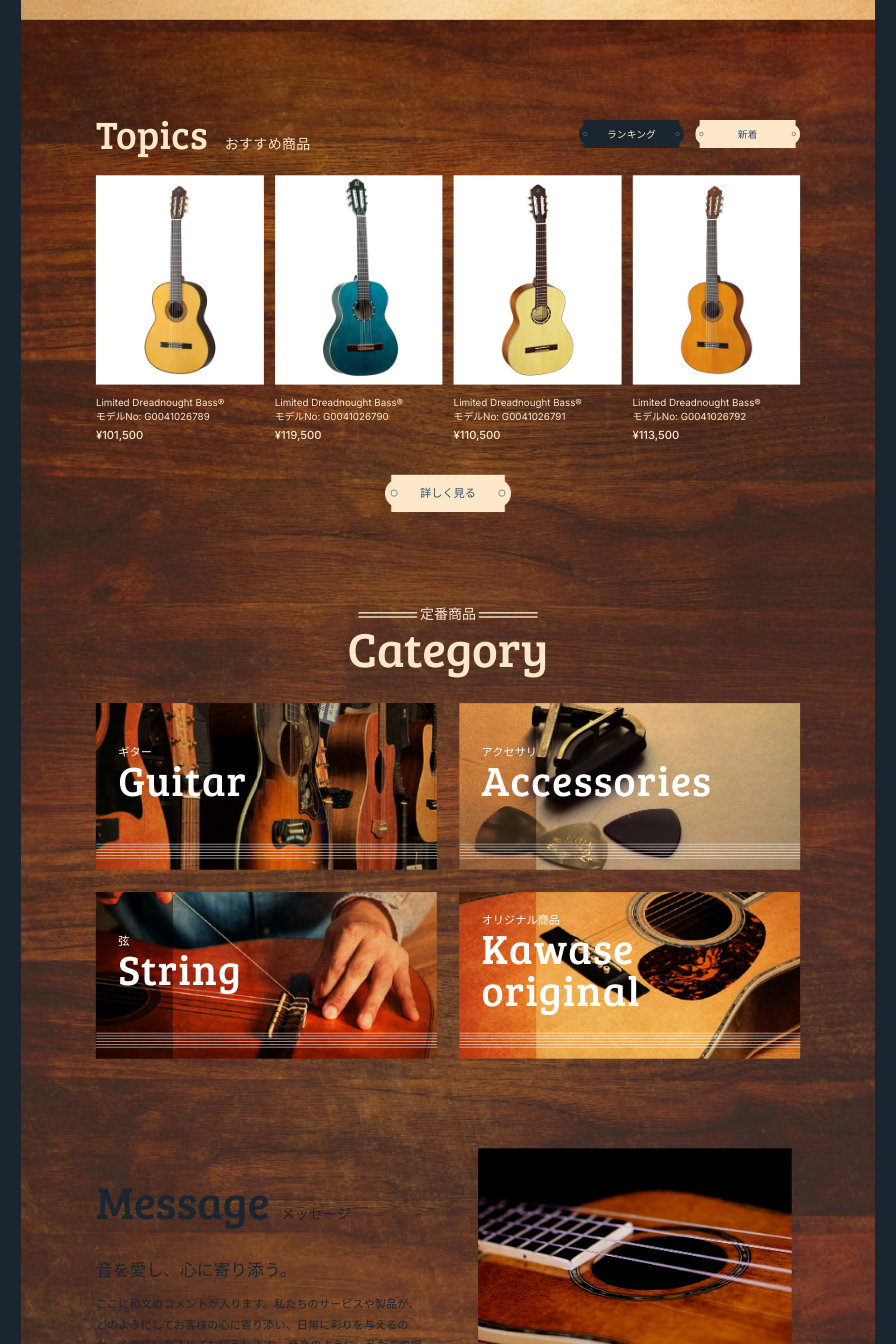
Repository: hyms035k/-----
Page: index.html
The author's editor kept a copy of each file at every save. The page is drawn from the files as they stood at one save, then again after the next save.
The browser window is 1280 px wide. The pictures show the part of the page from y = 1309 to 3229 px (the page is 3438 px tall before and 3442 px after), at 70% of full size.
Some web fonts or font styles are not loaded; a fallback is used. Some web libraries are served in a nearby version. The style sheet was rebuilt from its Sass, Less or Tailwind sources for each picture, by a compiler version that may differ from the author's.

Above is the page before, as saved 2025-06-05 16:43:01.

### index.html
<!DOCTYPE html>
<html lang="ja">
<head>
    <meta charset="UTF-8">
    <meta name="viewport" content="width=device-width, initial-scale=1.0">
    <title>カワセ楽器（デモ）</title>

    <!-- Tailwind CSS CDN (開発版 - JITコンパイラ含む) -->
    <script src="https://cdn.tailwindcss.com"></script>
    <script>
        // Tailwind CSS の設定 (任意)
        // ここでテーマのカスタマイズなどが可能ですが、まずはデフォルトで進めます。
        // 例: tailwind.config = { theme: { extend: { colors: { 'custom-blue': '#243c5a' } } } }
    </script>
    <style type="text/tailwindcss">
        @layer components {
            .block-box {
                @apply py-10 md:py-20 xl:py-32;
            }
        }
        @layer utilities {
            .outside-double-border {
                @apply flex items-center mx-auto md:w-64;
            }
            .outside-double-border:before,
            .outside-double-border:after {
                @apply block flex-grow border-t lg:border-t-2 border-[#ffe8c9] border-b lg:border-b-2 border-[#ffe8c9] h-[5px] lg:h-[8px];
                content: "";
            }
            .outside-double-border:before {
                @apply mr-1;
            }
            .outside-double-border:after {
                @apply ml-1;
            }
            .category-banner {
                @apply relative block h-[35vw] md:h-[238px];
            }
            .category-banner > img {
                @apply absolute inset-0 w-full h-full object-cover z-0;
            }
            .category-banner > .overlay-filter {
                @apply absolute block top-0 left-0 h-full z-10;
                width: 22.6765799%;
                background-color: #444140;
                mix-blend-mode: overlay;
            }
            .category-banner > .banner-label {
                @apply absolute inset-0 z-20 flex items-center pl-6 md:pl-8 pb-10 text-white;
            }
            .category-banner > .banner-label > span {
                @apply block;
            }
            .category-banner > .banner-label > span > :not(.font-serif) {
                @apply block font-medium leading-tight;
            }
            .category-banner > .banner-label > span > .font-serif {
                @apply block text-3xl lg:text-[60px] leading-none tracking-wide;
            }
            .category-banner > .banner-line-6 {
                @apply absolute block bottom-4 left-1/2 w-full -translate-x-1/2 flex flex-col gap-[3px] z-20;
                opacity: 0.75;
            }
            .category-banner > .banner-line-6 > span {
                @apply block h-[1px] bg-white;
            }
            @screen md {
                .leading-relaxed {
                    line-height: 1.84;
                }
            }
        }
        @screen md {
            .container {
                @apply max-w-[650px]; /* 768px以上でコンテナのmax-widthは650px */
            }
        }
        @screen lg {
            .container {
                @apply max-w-[870px]; /* 992px以上でコンテナのmax-widthは870px */
            }
        }
        @screen xl {
            .container {
                @apply max-w-[1070px]; /* 1200px以上でコンテナのmax-widthは1070px */
            }
        }
        @screen 2xl {
            .container {
                @apply max-w-[1170px]; /* 1367px以上でコンテナのmax-widthは1170px */
            }
        }
    </style>
    <script>
        // InterフォントをTailwind CSSのデフォルトフォントとして設定
        tailwind.config = {
            theme: {
                // カスタムブレークポイントの定義
                screens: {
                    'sm': '640px',   // Tailwind CSSのデフォルト 'sm'
                    'md': '768px',   // ユーザー指定のBP
                    'lg': '992px',   // ユーザー指定のBP
                    'xl': '1200px',  // ユーザー指定のBP
                    '2xl': '1367px', // ユーザー指定のBP
                },
                // .container クラスのカスタマイズ
                container: {
                    center: true, // コンテナを中央揃えにする
                    padding: {
                        DEFAULT: '1.75rem',
                        md: '1.5rem',
                        lg: '2rem',
                    },
                    screens: {
                        sm: '640px',
                        md: '650px',
                        lg: '870px',
                        xl: '1070px',
                        '2xl': '1170px',
                    },
                },
                extend: {
                    fontFamily: {
                        // デフォルトのサンセリフフォントを Kiwi Maru に設定
                        sans: ['Kiwi Maru', 'Inter', 'sans-serif'],
                        // 見出し等で使用するセリフフォントとして Bree Serif を設定
                        serif: ['Bree Serif', 'serif'],
                    },
                }
            }
        }
    </script>

    <!-- GoogleFonts -->
    <link rel="preconnect" href="https://fonts.googleapis.com">
    <link rel="preconnect" href="https://fonts.gstatic.com" crossorigin>
    <link href="https://fonts.googleapis.com/css2?family=Kiwi+Maru:wght@400;500;600&display=swap" rel="stylesheet">
    <link href="https://fonts.googleapis.com/css2?family=Bree+Serif&display=swap" rel="stylesheet">

    <!-- Interフォントの読み込み (Tailwind CSSのデフォルトフォントファミリーと相性が良い) -->
    <link href="https://fonts.googleapis.com/css2?family=Inter:wght@400;500;600;700&display=swap" rel="stylesheet">

    <link href="./css/style.min.css" rel="stylesheet">
</head>
<body class="font-sans antialiased text-[#1a2530] bg-[#1a2530]">

    <!-- ヒーローセクション -->
    <section id="hero-section" class="h-screen flex flex-col items-center justify-center bg-cover bg-center text-white" aria-labelledby="hero-heading">
        <div class="container h-full flex flex-col items-center justify-center">
            <!-- ロゴのプレースホルダー -->
            <h1 class="hero-logo w-[80%] md:w-[46.1538461%] mx-auto"><img src="./img/top__hero_logo-min.png" alt=""></h1>
            <h2 id="hero-heading" class="text-2xl xl:text-[33px] text-center text-[#ffe1be] leading-[1.4] mt-6">
                あらゆる場面に対処できる<br>長年の経験と技術
            </h2>
        </div>
    </section>

    <main class="px-2 md:px-[30px]">
        <section id="block-1st" class="bg-cover bg-center">
            <div class="container block-box">
                <div class="lg:grid lg:grid-cols-2 lg:gap-[60px] items-center">
                    <div class="flex flex-col">
                        <div class="md:flex md:items-baseline md:gap-x-4 text-center md:text-left">
                            <p class="font-serif text-4xl lg:text-[65px] leading-tight">Message</p>
                            <h2 class="font-sans lg:text-[20px] mt-1">メッセージ</h2>
                        </div>
                        <div class="lg:hidden my-5">
                            <img src="./img/top__block1st_image.jpg" alt="メッセージのイメージ (スマホ)" class="w-full h-auto object-cover">
                        </div>
                        <div class="lg:mt-10">
                            <h3 class="font-sans text-[1.3rem] lg:text-[24px] font-medium">音を愛し、心に寄り添う。</h3>
                            <p class="font-sans text-base mt-4 leading-relaxed">
                                ここに和文のコメントが入ります。私たちのサービスや製品が、どのようにしてお客様の心に寄り添い、日常に彩りを与えるのか、その思いを込めてお伝えします。
                                音楽のように、私たちの提供する価値が皆様の生活に調和をもたらすことを願っています。
                            </p>
                        </div>
                    </div>
                    <div class="hidden lg:flex items-center justify-center">
                        <img src="./img/top__block1st_image.jpg" alt="メッセージのイメージ (PC)" class="w-full max-w-md h-auto object-cover">
                    </div>
                </div>
            </div>
        </section>

        <section id="block-2nd" class="bg-cover bg-top">
            <div class="container block-box pt-0">
                <!-- おすすめ商品 / Topics -->
                <div id="topics" class="block-box pb-0 text-[#ffe8c9]">
                    <div class="max-w-6xl mx-auto">
                        <div class="md:flex md:items-center md:justify-between">
                            <div class="tracking-wide md:flex md:items-baseline md:gap-x-4 text-center md:text-left">
                                <p class="text-4xl lg:text-[56px] font-serif leading-tight">Topics</p>
                                <h2 class="lg:text-[20px] ml-2 mt-1 md:mt-0 font-sans">おすすめ商品</h2>
                            </div>
                            <div class="quick-tab flex justify-center md:justify-end gap-2 lg:gap-4 text-sm mt-4 md:mt-0">
                                <div class="btn text-center active"><span><span>ランキング</span></span></div>
                                <div class="btn text-center"><span><span>新着</span></span></div>
                            </div>
                        </div>
                        <!-- 商品カードリスト -->
                        <div class="grid grid-cols-2 md:grid-cols-4 gap-6 md:gap-4 mt-6 mb-11">
                            <!-- 商品カード（繰り返し） -->
                            <a href="" class="text-left block">
                                <img src="./img/top__block2nd_topics_guiter_1.jpg" alt="Limited Dreadnought Bass" class="mx-auto mb-4">
                                <span class="block text-xs sm:text-sm">
                                    Limited Dreadnought Bass®<br>
                                    モデルNo: G0041026789
                                </span>
                                <span class="block mt-1 font-medium">¥101,500</span>
                            </a>
                            <!-- 以下、繰り返し -->
                            <a href="" class="text-left block">
                                <img src="./img/top__block2nd_topics_guiter_2.jpg" alt="Limited Dreadnought Bass" class="mx-auto mb-4">
                                <span class="block text-xs sm:text-sm">
                                    Limited Dreadnought Bass®<br>
                                    モデルNo: G0041026790
                                </span>
                                <span class="block mt-1 font-medium">¥119,500</span>
                            </a>
                            <a href="" class="text-left block">
                                <img src="./img/top__block2nd_topics_guiter_3.jpg" alt="Limited Dreadnought Bass" class="mx-auto mb-4">
                                <span class="block text-xs sm:text-sm">
                                    Limited Dreadnought Bass®<br>
                                    モデルNo: G0041026791
                                </span>
                                <span class="block mt-1 font-medium">¥110,500</span>
                            </a>
                            <a href="" class="text-left block">
                                <img src="./img/top__block2nd_topics_guiter_4.jpg" alt="Limited Dreadnought Bass" class="mx-auto mb-4">
                                <span class="block text-xs sm:text-sm">
                                    Limited Dreadnought Bass®<br>
                                    モデルNo: G0041026792
                                </span>
                                <span class="block mt-1 font-medium">¥113,500</span>
                            </a>
                        </div>
                        <div class="text-center">
                            <a href="#" class="inline-block btn text-center"><span><span>詳しく見る</span></span></a>
                        </div>
                    </div>
                </div>

                <!-- 定番商品 / Category セクション -->
                <div id="category" class="block-box pb-0 text-[#ffe8c9]">
                    <div class="text-center mb-8 md:mb-11">
                        <h2 class="outside-double-border lg:text-[20px] font-medium leading-tight">定番商品</h2>
                        <p class="font-serif text-4xl lg:text-[70px] leading-none">Category</p>
                    </div>

                    <!-- バナー 2x2 -->
                    <div class="grid grid-cols-1 sm:grid-cols-2 gap-4 md:gap-8">
                        <!-- バナー1 -->
                        <a href="" class="category-banner">
                            <img src="./img/top__block2nd_category_1.jpg" alt="バナー1">
                            <span class="overlay-filter"></span>
                            <span class="banner-label">
                                <span>
                                    <span>ギター</span>
                                    <span class="font-serif">Guitar</span>
                                </span>
                            </span>
                            <span class="banner-line-6">
                                <span></span>
                                <span></span>
                                <span></span>
                                <span></span>
                                <span></span>
                                <span></span>
                            </span>
                        </a>

                        <!-- バナー2 -->
                        <a href="" class="category-banner">
                            <img src="./img/top__block2nd_category_2.jpg" alt="バナー2">
                            <span class="overlay-filter"></span>
                            <span class="banner-label">
                                <span>
                                    <span>アクセサリ</span>
                                    <span class="font-serif">Accessories</span>
                                </span>
                            </span>
                            <span class="banner-line-6">
                                <span></span>
                                <span></span>
                                <span></span>
                                <span></span>
                                <span></span>
                                <span></span>
                            </span>
                        </a>

                        <!-- バナー3 -->
                        <a href="" class="category-banner">
                            <img src="./img/top__block2nd_category_3.jpg" alt="バナー3">
                            <span class="overlay-filter"></span>
                            <span class="banner-label">
                                <span>
                                    <span>弦</span>
                                    <span class="font-serif">String</span>
                                </span>
                            </span>
                            <span class="banner-line-6">
                                <span></span>
                                <span></span>
                                <span></span>
                                <span></span>
                                <span></span>
                                <span></span>
                            </span>
                        </a>

                        <!-- バナー4 -->
                        <a href="" class="category-banner">
                            <img src="./img/top__block2nd_category_4.jpg" alt="バナー4">
                            <span class="overlay-filter"></span>
                            <span class="banner-label">
                                <span>
                                    <span>オリジナル商品</span>
                                    <span class="font-serif">Kawase original</span>
                                </span>
                            </span>
                            <span class="banner-line-6">
                                <span></span>
                                <span></span>
                                <span></span>
                                <span></span>
                                <span></span>
                                <span></span>
                            </span>
                        </a>
                    </div>
                </div>

                <div class="lg:grid lg:grid-cols-2 lg:gap-[60px] items-center pt-10 md:pt-20 xl:pt-[8rem]">
                    <div class="flex flex-col">
                        <div class="md:flex md:items-baseline md:gap-x-4">
                            <h2 class="font-serif text-4xl lg:text-[65px] leading-tight">Message</h2>
                            <p class="font-sans lg:text-[20px] mt-1">メッセージ</p>
                        </div>
                        <div class="lg:hidden my-5">
                            <img src="./img/top__block1st_image.jpg" alt="メッセージのイメージ (スマホ)" class="w-full h-auto object-cover">
                        </div>
                        <div class="lg:mt-10">
                            <h3 class="font-sans text-[1.3rem] lg:text-[24px] font-medium">音を愛し、心に寄り添う。</h3>
                            <p class="font-sans text-base mt-4 leading-relaxed">
                                ここに和文のコメントが入ります。私たちのサービスや製品が、どのようにしてお客様の心に寄り添い、日常に彩りを与えるのか、その思いを込めてお伝えします。
                                音楽のように、私たちの提供する価値が皆様の生活に調和をもたらすことを願っています。
                            </p>
                        </div>
                    </div>
                    <div class="hidden lg:flex items-center justify-center">
                        <img src="./img/top__block1st_image.jpg" alt="メッセージのイメージ (PC)" class="w-full max-w-md h-auto object-cover">
                    </div>
                </div>
            </div>
        </section>
    </main>

</body>
</html>

### scss/style.scss
@charset "UTF-8";
@use "msg-config" as conf;

.remove {
	position: relative;
	overflow: hidden;
	display: block;
	width: 100%;
	height: 0;
	font-size: 0.5em;
	text-align: left;
	text-indent: -9999px;
	background-position: center;
	background-repeat: no-repeat;
	background-size: cover;
}

.btn {
	position: relative;
	overflow: hidden;
	color: conf.$navy;
	text-decoration: none !important;
	mask: url(../img/btn_mask-min.png) center left no-repeat;
	mask-size: auto 100%;
	cursor: pointer;
	> span {
		position: relative;
		overflow: hidden;
		display: block;
		background-color: conf.$light;
		mask: url(../img/btn_mask-min.png) center right no-repeat;
		mask-size: auto 100%;
		&:before {
			position: absolute;
			top: 0;
			left: 0;
			bottom: 0;
			display: block;
			width: 0;
			background-color: conf.$base;
			transition: 0.3s;
			content: "";
		}
		> span {
			position: relative;
			display: block;
			padding-top: 15px;
			padding-bottom: 15px;
			&:before, &:after {
				position: absolute;
				top: 50%;
				display: block;
				width: 10px;
				height: 10px;
				border: solid 1px conf.$navy-light;
				border-radius: 50%;
				transform: translateY(-50%);
				content: "";
			}
			&:before {
				left: 8px;
			}
			&:after {
				right: 8px;
			}
		}
	}
	&:hover, &:focus {
		color: conf.$light;
		> span {
			&:before {
				width: 100%;
			}
		}
	}
	&.inline-block {
		> span {
			> span {
				padding-left: 50px;
				padding-right: 50px;
			}
		}
	}
}

#hero {
	&-section {
		@include conf.mq(768) {
			background-image: url(../img/top__hero_bg.jpg);
		}
		@include conf.mq(0,768) {
			background-image: url(../img/top__hero_bg_sp.jpg);
		}
	}
}

#block {
	&-1st {
		background-image: url(../img/top__block1st_bg.jpg);
	}
	&-2nd {
		background-image: url(../img/top__block2nd_bg.jpg);
		.quick-tab {
			> .btn {
				@include conf.mq(768) {
					min-width: 150px;
				}
				@include conf.mq(0,768) {
					width: calc((100% - 0.5rem) * 0.5);
					max-width: 150px;
				}
				> span {
					> span {
						padding-top: 10px;
						padding-bottom: 10px;
						&:before, &:after {
							width: 6px;
							height: 6px;
						}
						&:before {
							left: 6px;
						}
						&:after {
							right: 6px;
						}
					}
				}
				&.active {
					color: conf.$light !important;
					> span {
						background-color: conf.$base !important;
					}
				}
			}
		}
	}
}

### scss/_msg-config.scss
@charset "UTF-8";

$base: #1a2530;
$light: #ffe8c9;

$navy: #34506d;
$navy-light: #4d667f;

$accent: #004097;
$bright-accent: #ccd9ea;
$hardright-accent: #eaedf0;
$lavender: #e2e7fe;
$blue: #5f7efb;
$green: #1CA038;
$deep-blue: #3268ED;
$lime: #aacc03;
$dark-gray: #4d4d4d;

@mixin mq($min:0, $max:0, $mode:'screen') {
	$bp_min: '';
	$bp_max: '';
	@if $min > 0 {
		$bp_min: ' and (min-width:#{$min}px)';
	}
	@if $max > 0 {
		$bp_max: ' and (max-width:#{$max - 1}px)';
	}

	@media #{$mode}#{$bp_min}#{$bp_max} {
		@content;
	}
}

@mixin center($y:1, $x:0){
	@if $y > 0 {
		top: 50%;
	}
	@if $x > 0 {
		left: 50%;
	}
	@if $y > 0 or $x > 0 {
		@if $y == 0 or $x == 0 {
			@if $y > 0 {
				transform: translateY(-50%);
			}
			@else {
				transform: translateX(-50%);
			}
		}
		@else {
			transform: translate(-50%,-50%);
		}
	}
}

@mixin full($fixed:0){
	@if $fixed > 0 {
		@if $fixed > 1 {
			position: relative;
		}
		@else{
			position: fixed;
		}
	}
	@else{
		position: absolute;
	}

	top: 0;
	left: 0;
	right: 0;
	bottom: 0;
	display: block;
	width: 100%;
	height: 100%;
}

After the next save:
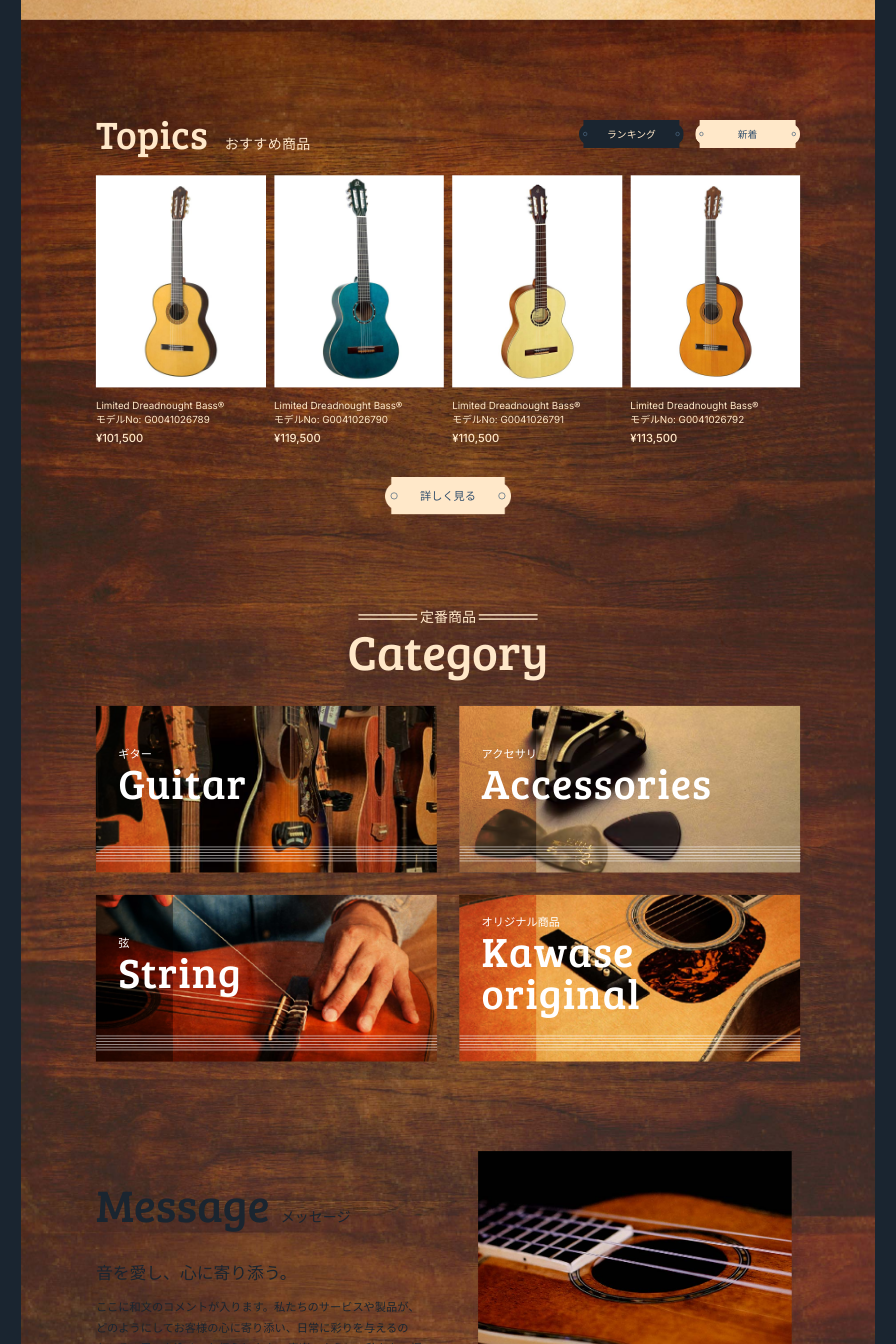
Saved 8 s later.
--- a/index.html
+++ b/index.html
@@ -198,7 +198,7 @@
                             </div>
                         </div>
                         <!-- 商品カードリスト -->
-                        <div class="grid grid-cols-2 md:grid-cols-4 gap-6 md:gap-4 mt-6 mb-11">
+                        <div class="grid grid-cols-2 md:grid-cols-4 gap-6 md:gap-3 mt-6 mb-11">
                             <!-- 商品カード（繰り返し） -->
                             <a href="" class="text-left block">
                                 <img src="./img/top__block2nd_topics_guiter_1.jpg" alt="Limited Dreadnought Bass" class="mx-auto mb-4">
